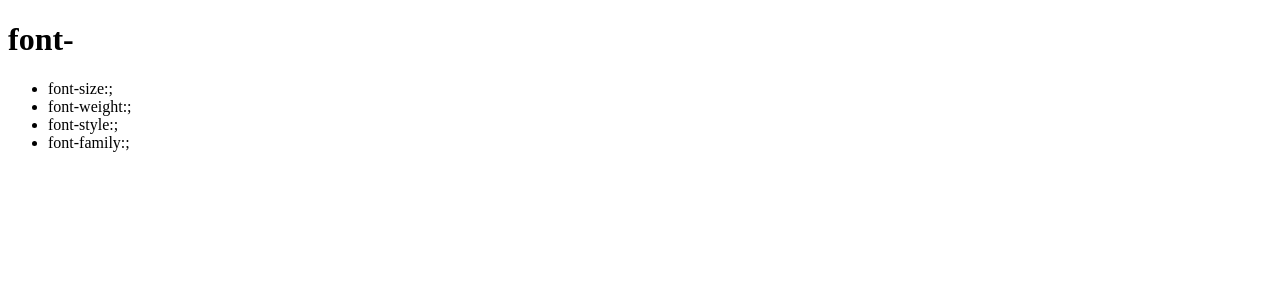
Repository: Git-Seokcoding/WEB
Page: CSS3/src/main/webapp/font.html
An editor plug-in stored every save of this project. The page is shown before and after the next save, followed by the edit.
The browser window is 1280 px wide. The pictures show the whole page.

Above is the page before, as saved 2023-10-12 08:34:42.

### CSS3/src/main/webapp/font.html
<!DOCTYPE html>
<html>
<head>
<meta charset="UTF-8">
<title>font-</title>
	<link href="font.css" rel="stylesheet">
</head>
<body>
	<h1>font-</h1>
	<ul>
	<li>font-size:;</li>
	<li>font-weight:;</li>
	<li>font-style:;</li>
	<li>font-family:;</li>
	</ul>
</body>
</html>

Loaded but not shown: CSS3/src/main/webapp/font.css (common file)

After the next save:
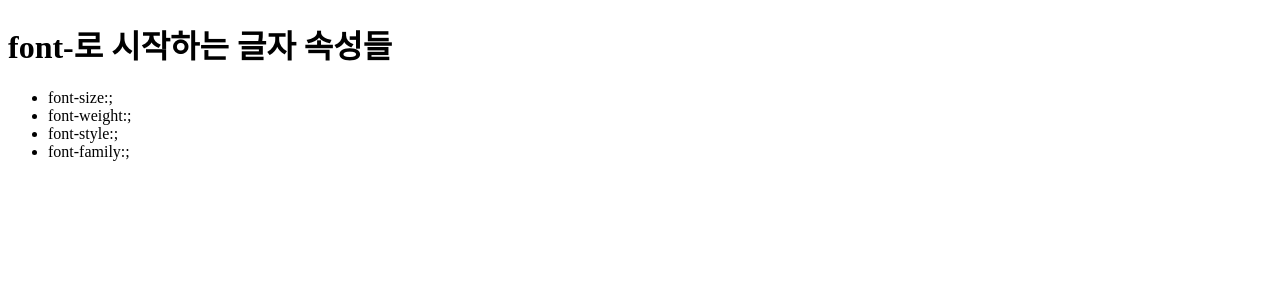
Saved 32 s later.
--- a/CSS3/src/main/webapp/font.html
+++ b/CSS3/src/main/webapp/font.html
@@ -6,7 +6,7 @@
 	<link href="font.css" rel="stylesheet">
 </head>
 <body>
-	<h1>font-</h1>
+	<h1>font-로 시작하는 글자 속성들</h1>
 	<ul>
 	<li>font-size:;</li>
 	<li>font-weight:;</li>
